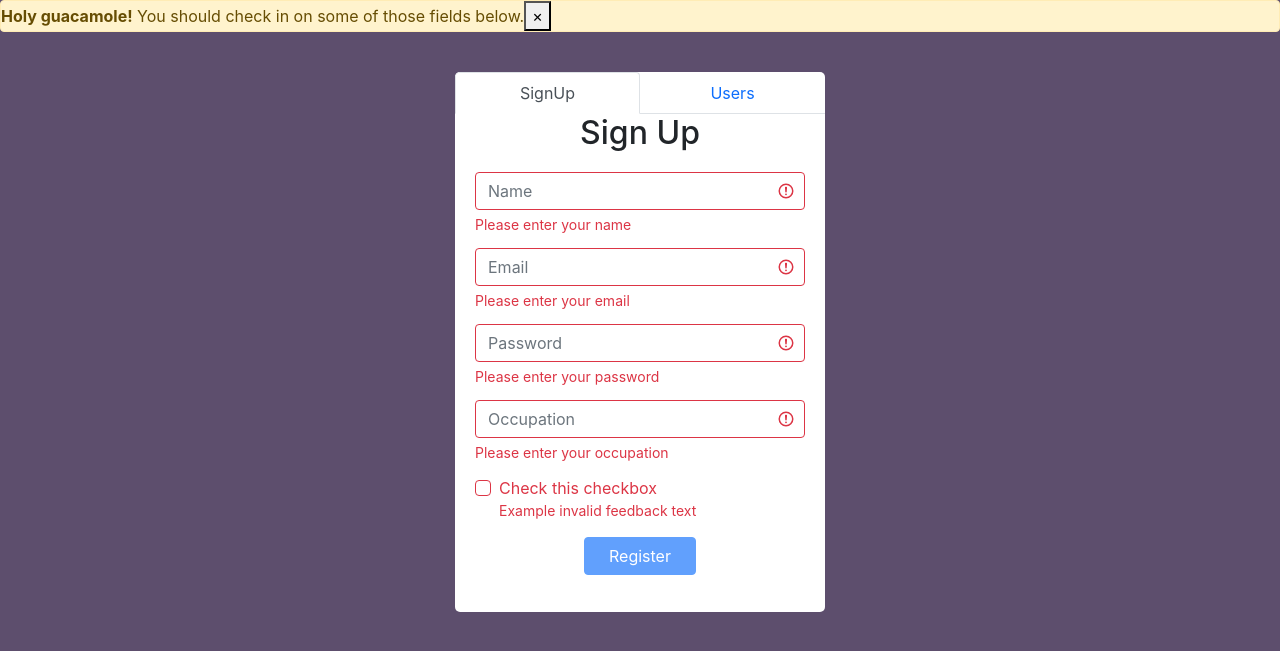
Repository: asadalibest1/SignUp-from
Page: /
These files come from the project's save history. The page is drawn as it stood at one moment and after the next save; the edit follows.
The browser window is 1280 px wide. The pictures show the whole page.
The project was rebuilt for these pictures with package versions that can differ from the ones it lists, and the page was loaded fresh each time.

Above is the page before, as saved 2021-02-09 16:36:00.

### public/index.html
<!DOCTYPE html>
<html lang="en">
  <head>
    <meta charset="utf-8" />
    <link rel="icon" href="%PUBLIC_URL%/favicon.png" />
    <meta name="viewport" content="width=device-width, initial-scale=1" />
    <meta name="theme-color" content="#000000" />
    <meta
      name="description"
      content="Web site created using create-react-app"
    />
    <link rel="apple-touch-icon" href="%PUBLIC_URL%/logo192.png" />
    <!--
      manifest.json provides metadata used when your web app is installed on a
      user's mobile device or desktop. See https://developers.google.com/web/fundamentals/web-app-manifest/
    -->
    <link rel="manifest" href="%PUBLIC_URL%/manifest.json" />
    <!--
      Notice the use of %PUBLIC_URL% in the tags above.
      It will be replaced with the URL of the `public` folder during the build.
      Only files inside the `public` folder can be referenced from the HTML.

      Unlike "/favicon.ico" or "favicon.ico", "%PUBLIC_URL%/favicon.ico" will
      work correctly both with client-side routing and a non-root public URL.
      Learn how to configure a non-root public URL by running `npm run build`.
    -->
    <!-- Bootstrap -->
    <link href="https://cdn.jsdelivr.net/npm/bootstrap@5.0.0-beta1/dist/css/bootstrap.min.css" rel="stylesheet" integrity="sha384-giJF6kkoqNQ00vy+HMDP7azOuL0xtbfIcaT9wjKHr8RbDVddVHyTfAAsrekwKmP1" crossorigin="anonymous">
    <title>Sign Up</title>
  </head>
  <body>
    <noscript>You need to enable JavaScript to run this app.</noscript>
    <div id="root"></div>
    <!--
      This HTML file is a template.
      If you open it directly in the browser, you will see an empty page.

      You can add webfonts, meta tags, or analytics to this file.
      The build step will place the bundled scripts into the <body> tag.

      To begin the development, run `npm start` or `yarn start`.
      To create a production bundle, use `npm run build` or `yarn build`.
    -->
    <script src="https://cdn.jsdelivr.net/npm/bootstrap@5.0.0-beta1/dist/js/bootstrap.bundle.min.js" integrity="sha384-ygbV9kiqUc6oa4msXn9868pTtWMgiQaeYH7/t7LECLbyPA2x65Kgf80OJFdroafW" crossorigin="anonymous"></script>
  </body>
</html>

### src/index.css
body {
  margin: 0;
  font-family: -apple-system, BlinkMacSystemFont, 'Segoe UI', 'Roboto', 'Oxygen',
    'Ubuntu', 'Cantarell', 'Fira Sans', 'Droid Sans', 'Helvetica Neue',
    sans-serif;
  -webkit-font-smoothing: antialiased;
  -moz-osx-font-smoothing: grayscale;
  background-color: #5D4E6D;
}

code {
  font-family: source-code-pro, Menlo, Monaco, Consolas, 'Courier New',
    monospace;
}

### src/App.js
import React from 'react'
import App1 from "./components/App1/App1"

export default function App() {
  return (
    <div>
      <App1 />
    </div>
  )
}

### src/components/App1/App1.js
import React from 'react'
import Tabs from '../Tabs/Tabs'

export default function App1() {

    // function Chnage() {
    //     document.getElementsByClassName("alertea")[0].style.display = "none";
    // }
    return (
        <div>
            {/* <div class="alertea alert alert-warning alert-dismissible fade show" role="alert">
                <strong>Holy guacamole!</strong> You should check in on some of those fields below.
                        <button type="button" class="close" onClick={Chnage} data-dismiss="alert" aria-label="Close">
                    <span aria-hidden="true">&times;</span>
                </button>
            </div> */}

            <Tabs />
        </div>
    )
}

### src/features/counter/counterSlice.js
import { createSlice } from '@reduxjs/toolkit';
const data = [
  {name: "saad", email: "saad@gmail.com", password: "qwerty", occupation: "petrolium engee"},
  {name: "asad", email: "asad@gmail.com", password: "asdfg", occupation: "wed dev"}
]
export const counterSlice = createSlice({
  name: 'counter',

  initialState: {
    data: data,
    value: 0,
    name: "saad",
  },
  reducers: {
    increment: (state, action) => {
      state.value = action.payload;
    },
    decrement: (state, action) => {
      state.value = action.payload;
    },
    changeName: (state, action) => {
      state.name = action.payload;
    },
    setData: (state, action) => {
      state.data = action.payload;
    },
  },
});


export const { increment, decrement, changeName, setData } = counterSlice.actions;

// The function below is called a thunk and allows us to perform async logic. It
// can be dispatched like a regular action: `dispatch(incrementAsync(10))`. This
// will call the thunk with the `dispatch` function as the first argument. Async
// code can then be executed and other actions can be dispatched

// export const incrementAsync = amount => dispatch => {
//   setTimeout(() => {
//     dispatch(incrementByAmount(amount));
//   }, 1000);
// };

// The function below is called a selector and allows us to select a value from
// the state. Selectors can also be defined inline where they're used instead of
// in the slice file. For example: `useSelector((state) => state.counter.value)`

export const selectCount = state => state.counter.value;
export const name = state => state.counter.name;
export const Data = state => state.counter.data;

export default counterSlice.reducer;

### src/components/Tabs/Tabs.js
import React from 'react'
import SignUp from "../SignUp/SignUp"
import Users from "../Users/Users"
import "./Tabs.css"

export default function Tabs() {
    return (
        <div className="tabs-main">
            <div className="tabs">

                <ul className="nav nav-tabs" id="myTab" role="tablist">
                    <li className="nav-item text-center w-50" role="presentation">
                        <a className="nav-link active" id="signUp-tab" data-bs-toggle="tab" href="#signUp" role="tab" aria-controls="signUp" aria-selected="true">SignUp</a>
                    </li>
                    <li className="nav-item text-center w-50" role="presentation">
                        <a className="nav-link" id="users-tab" data-bs-toggle="tab" href="#users" role="tab" aria-controls="users" aria-selected="false">Users</a>
                    </li>
                </ul>
                <div className="tab-content" id="myTabContent">
                    <div className="tab-pane fade show active" id="signUp" role="tabpanel" aria-labelledby="signUp-tab">
                        <SignUp />
                    </div>
                    <div className="tab-pane fade" id="users" role="tabpanel" aria-labelledby="users-tab">

                        <Users />
                    </div>
                </div>


            </div>
        </div>
    )
}

### src/components/SignUp/SignUp.js
import React from 'react'
import "./SignUp.css"

import { useSelector, useDispatch } from 'react-redux';
import {
  decrement,
  increment,
  selectCount,
  changeName,
  Data,
  setData,
} from '../../features/counter/counterSlice';


export default function SignUp() {

  const count = useSelector(selectCount);
  const dispatch = useDispatch();
  const data = useSelector(Data);

  const [name, setName] = React.useState("");
  const [email, setEmail] = React.useState("");
  const [password, setPassword] = React.useState("");
  const [occupation, setOccupation] = React.useState("");
  const [selectOption, setSelectOption] = React.useState(false);

  var match = null;

  React.useEffect(() => {

    const Button = document.querySelector(".submitButton button");

    if (name === "",
      email === "",
      password === "",
      occupation === "",
      selectOption === false) {

      Button.setAttribute("disabled", "disabled");

    } else {
      Button.removeAttribute("disabled");
    }

  }, [name, email, password, occupation, selectOption])

  function submit(e) {
      e.preventDefault();
    // const checkEmail = /^(([^<>()[\]\\.,;:\s@\"]+(\.[^<>()[\]\\.,;:\s@\"]+)*)|(\".+\"))@((\[[0-9]{1,3}\.[0-9]{1,3}\.[0-9]{1,3}\.[0-9]{1,3}\])|(([a-zA-Z\-0-9]+\.)+[a-zA-Z]{2,}))$/;
    // if (checkEmail.test(email) === true){
      for (let i = 0; i < data.length; i++) {

        if (data[i].email === email) {
          match = true;
          break;
        } else {
          match = false;
        }
      }
// }

    if (match === false){

      dispatch(setData([...data, {name, email, password, occupation}]))

    }if (match === true){
      alert("Email already taken!")
    }
  }

    function Chnage() {
        document.getElementsByClassName("alertea")[0].style.display = "none";
    }

  return (
    <div className="SignUp">


<div class="alertea alert alert-warning alert-dismissible fade show p-0" role="alert">
                <strong>Holy guacamole!</strong> You should check in on some of those fields below.
                        <button type="button" class="close" onClick={Chnage} data-dismiss="alert" aria-label="Close">
                    <span aria-hidden="true">&times;</span>
                </button>
            </div>


      <h2 className="text-center">Sign Up</h2>

      <form className="was-validated">

        <div className="mb-3">
          <input type="name" className="form-control" id="validationInput" onChange={(e) => setName(e.target.value)} placeholder="Name" required />
          <div className="invalid-feedback">
            Please enter your name
    </div>
        </div>

        <div className="mb-3">
          <input type="email" className="form-control" id="validationInput" onChange={(e) => setEmail(e.target.value)} placeholder="Email" required />
          <div className="invalid-feedback emailerr">
            Please enter your email
    </div>
        </div>

        <div className="mb-3">
          <input type="password" className="form-control" id="validationInput" onChange={(e) => setPassword(e.target.value)} placeholder="Password" required />
          <div className="invalid-feedback">
            Please enter your password
    </div>
        </div>

        <div className="mb-3">
          <input type="text" className="form-control" id="validationInput" onChange={(e) => setOccupation(e.target.value)} placeholder="Occupation" required />
          <div className="invalid-feedback">
            Please enter your occupation
    </div>
        </div>


        <div className="radioButton form-check mb-3">
          <input type="checkbox" className="form-check-input" onClick={() => setSelectOption(!selectOption)} id="validationFormCheck1" required />
          <label className="form-check-label" for="validationFormCheck1">Check this checkbox</label>
          <div className="invalid-feedback">Example invalid feedback text</div>
        </div>


        <div className="submitButton mb-3 text-center">
          <button className="btn btn-primary px-4" type="submit"
            onClick={submit}
          >Register</button>
        </div>
      </form>

      {/* <p>{count}</p> */}
      {/* <p>{count}</p>
<button onClick={() => dispatch(increment(count+1))} >increment</button>
<button onClick={() => dispatch(decrement(count-1))} >decrement</button>
<p>{Name}</p>
<button onClick={() => dispatch(changeName("sharif"))} >changeName</button> */}

    </div>
  )
}

### src/components/Users/Users.js
import React from 'react'
import "./Users.css"

import { useSelector, useDispatch } from 'react-redux';

import {
  Data,
} from '../../features/counter/counterSlice';

export default function Users() {

  const data = useSelector(Data);

  return (
    <div className="users">

      <div className="tabpanel" role="tabpanel">
        <div className="panel-coloumn mt-3">
          <div className="list-group" id="myList" role="tablist">

            {
              data.map((item, ind) => {
                return <a className="list-group-item list-group-item-action" data-bs-toggle="list" href={"#target" + ind} role="tab">{item.name}</a>
              })
            }

          </div>
        </div>

        <div className="tab-content">

          {
            data.map((item, ind) => {

              return <div className="tab-pane" id={"target" + ind} role="tabpanel" key={ind}>
                <ul className="list-group list-group-flush">
                  <li className="list-group-item">Name: {item.name}</li>
                  <li className="list-group-item">Email: {item.email}</li>
                  <li className="list-group-item">Password: {item.password}</li>
                  <li className="list-group-item">Occupation: {item.occupation}</li>
                </ul>
              </div>
            })
          }
        </div>
      </div>
    </div>
  )
}

### src/components/Tabs/Tabs.css
.tabs{
    width: 370px;
    height: 75vh;
    background-color: white;
    margin: auto auto;
    margin-top: 10vh;
    border-radius: 5px;
    overflow: hidden;
}

### src/components/SignUp/SignUp.css
.SignUp form{
    margin: 20px;
}
.SignUp form > div{
    /* border: 1px solid black; */
    height: 60px;
}

.SignUp form .radioButton{
    /* border: 1px solid black; */
    height: 45px;
}
.radioButton div{
    /* border: 1px solid black; */
    margin: 0;
}

.SignUp .alertea {
    position: absolute;
    top: 0;
    left: 0;
    width: 100%;
    padding: 15px auto;
}

@media (max-width: 800px) {
    /* .SignUp form{
        margin-top: 3vh;
    } */
    .SignUp h2 {
        margin: 30px auto;
        font-size: 34px;
    }
    .SignUp form > div{
        height: 65px;
    }
    .SignUp form button{
        margin-top: 15px;
    }

}

### src/components/Users/Users.css
.users .tabpanel{
    display: flex;
    flex-direction: row;
    overflow: auto;
}
.users .tabpanel a{
    border-radius: 0;
}

.users .tab-content{
    height: fit-content;
    margin-top: 20px;
    margin-left: 20px;
}

.panel-coloumn{
    border-right: 1px solid rgb(240, 223, 223);
    height: 500px;
    width: 120px;
}

Loaded but not shown: src/index.js (common file); src/app/store.js (common file); src/serviceWorker.js (common file)

After the next save:
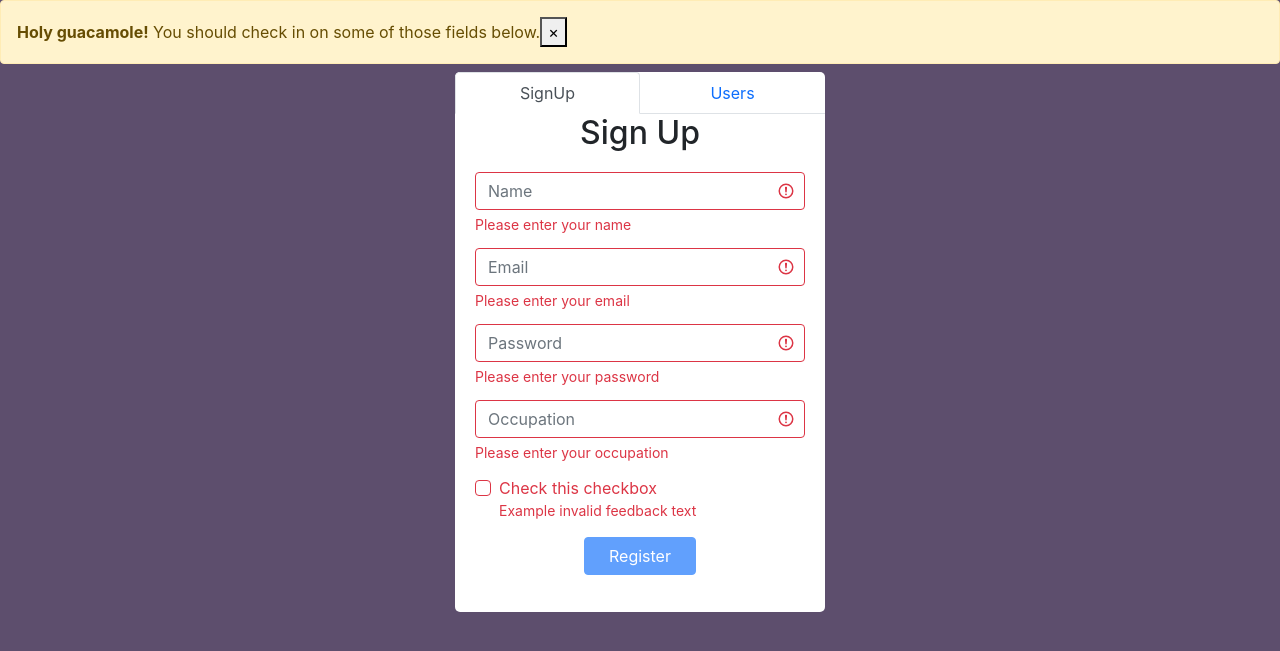
Saved 12 s later.
--- a/src/components/SignUp/SignUp.js
+++ b/src/components/SignUp/SignUp.js
@@ -76,7 +76,7 @@ export default function SignUp() {
     <div className="SignUp">
 
 
-<div class="alertea alert alert-warning alert-dismissible fade show p-0" role="alert">
+<div class="alertea alert alert-warning alert-dismissible fade show py-10" role="alert">
                 <strong>Holy guacamole!</strong> You should check in on some of those fields below.
                         <button type="button" class="close" onClick={Chnage} data-dismiss="alert" aria-label="Close">
                     <span aria-hidden="true">&times;</span>
